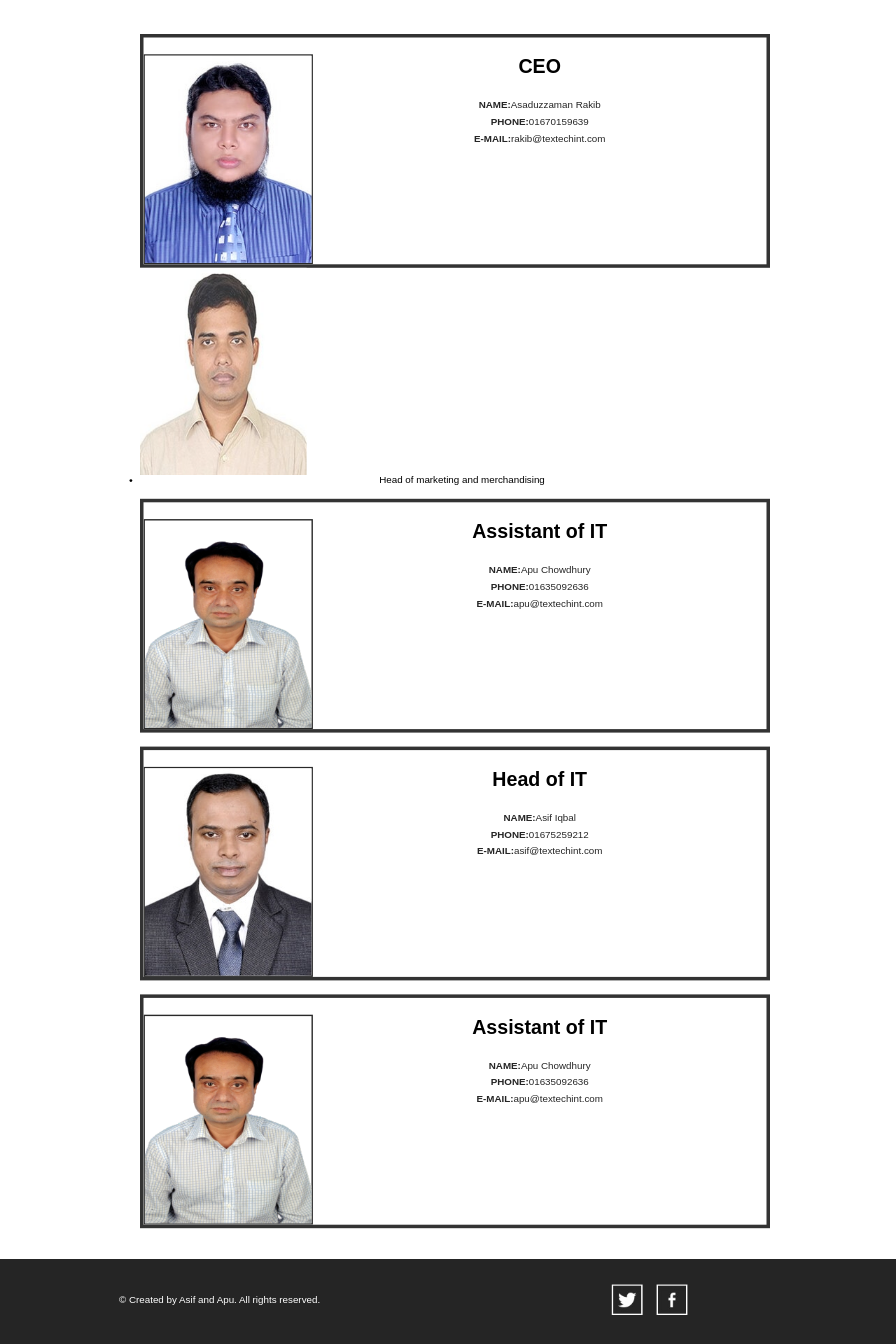
Repository: asifdotpy/textechint
Page: index.html
An editor plug-in stored every save of this project. The page is shown before and after a run of saves, followed by the edit.
The browser window is 1280 px wide. The pictures show the part of the page from y = 1422 to 3342 px (the page is 3342 px tall before and 3335 px after), at 70% of full size.

Above is the page before, as saved 2021-02-23 01:30:09.

After the next 3 saves:
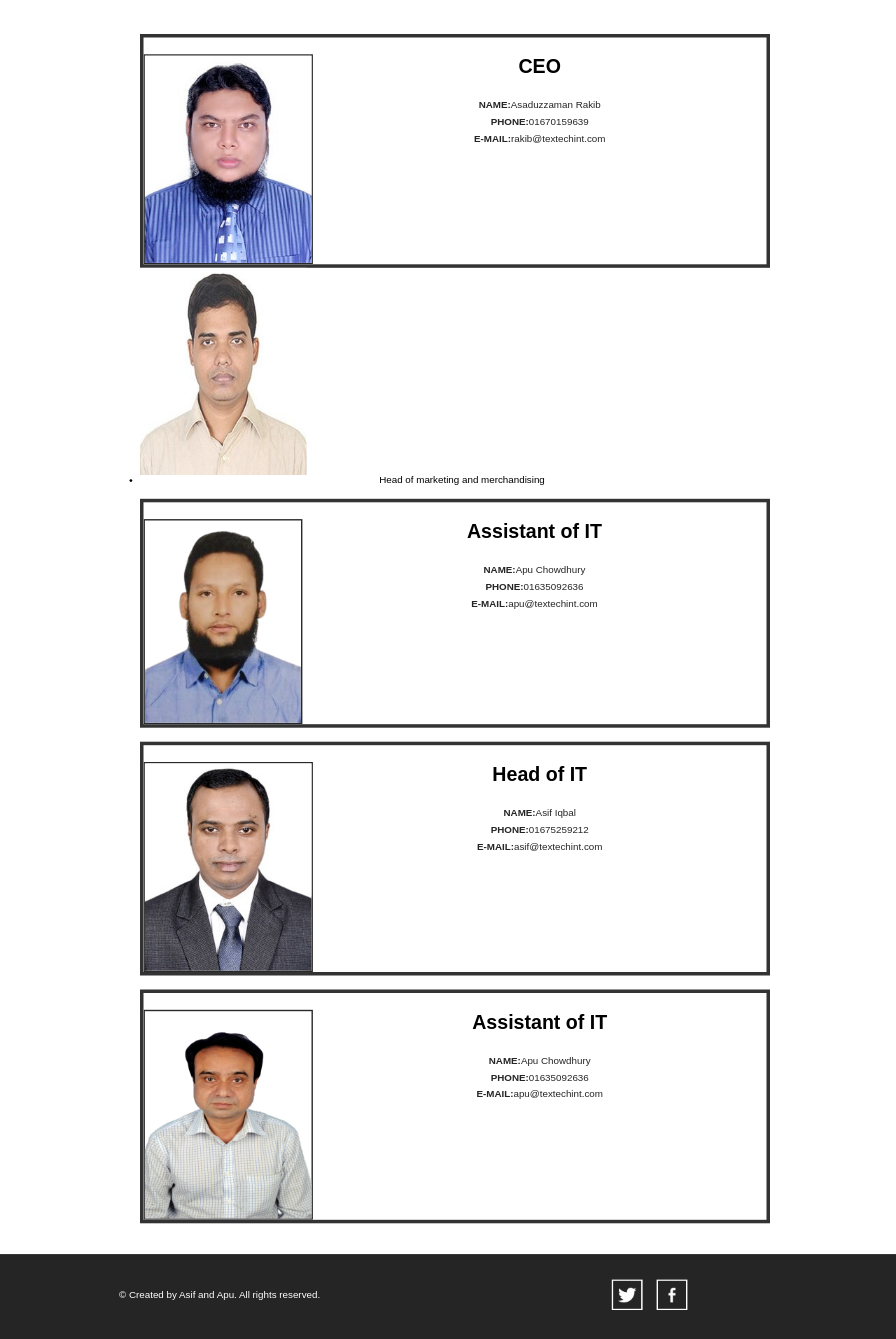
The 3 saves are shown as one change because they came seconds apart.
The last was saved 9 s later.
--- a/index.html
+++ b/index.html
@@ -64,7 +64,7 @@
 					<span>Head of marketing and merchandising</span>
 			</li>
 			<div class="post-container">
-				<div class="post-thumb"><img src="monir/apu.jpg" /></div>
+				<div class="post-thumb"><img src="images/monir.jpg" /></div>
 				<div class="post-content">
 					<h3 class="post-title">Assistant of IT</h3>
 					<p><b>NAME:</b>Apu Chowdhury</p>
